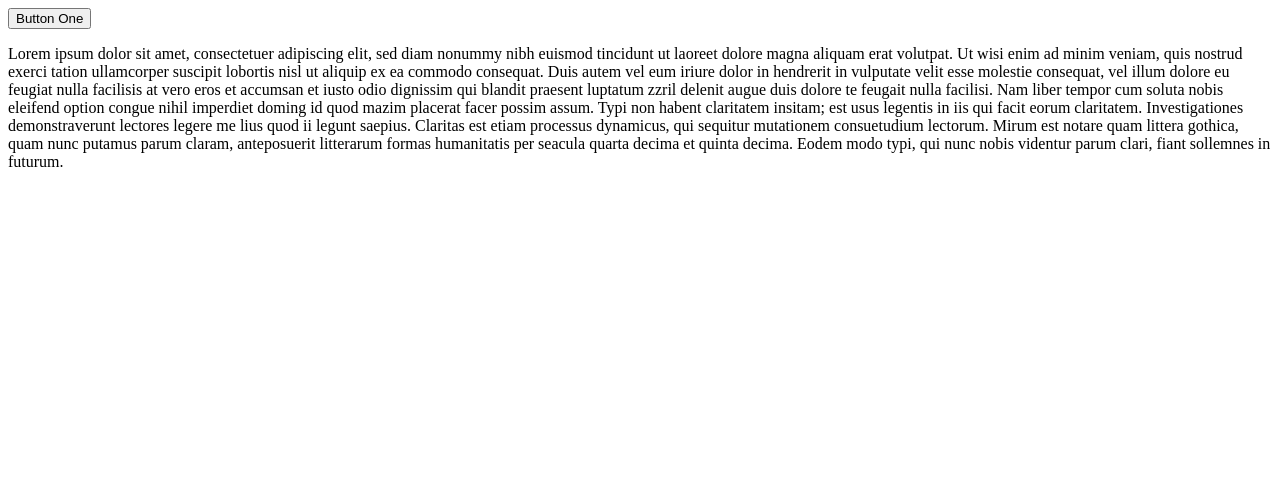
Repository: isiko1/the_importance_of_this
Page: index.html
The author's editor kept a record of every edit. The page is drawn from the files as they stood at one moment, then again after the next edit.
The browser window is 1280 px wide. The pictures show the whole page.

Above is the page before.

### index.html
<!DOCTYPE html>
<html lang="en">
<head>
    <meta charset="UTF-8">
    <meta name="viewport" content="width=device-width, initial-scale=1.0">
    <meta http-equiv="X-UA-Compatible" content="ie=edge">
    <link rel="stylesheet" href="css/style.css" type="text/css" />
    <script type="text/javascript" src="js/jquery-3.4.1.js"></script>
    <title>Document</title>
</head>
<body>
    <div id ="container">
        <div class="card">
           <button>Button One</button>
        </div>
        <div class="card">
            <p>Lorem ipsum dolor sit amet, consectetuer adipiscing elit,
            sed diam nonummy nibh euismod tincidunt ut laoreet dolore
            magna aliquam erat volutpat. Ut wisi enim ad minim veniam,
            quis nostrud exerci tation ullamcorper suscipit lobortis nisl
            ut aliquip ex ea commodo consequat. Duis autem vel eum iriure
            dolor in hendrerit in vulputate velit esse molestie consequat,
            vel illum dolore eu feugiat nulla facilisis at vero eros et
            accumsan et iusto odio dignissim qui blandit praesent luptatum
            zzril delenit augue duis dolore te feugait nulla facilisi.
            Nam liber tempor cum soluta nobis eleifend option congue
            nihil imperdiet doming id quod mazim placerat facer possim
            assum. Typi non habent claritatem insitam; est usus legentis
            in iis qui facit eorum claritatem. Investigationes
            demonstraverunt lectores legere me lius quod ii legunt saepius.
            Claritas est etiam processus dynamicus, qui sequitur mutationem
            consuetudium lectorum. Mirum est notare quam littera gothica,
            quam nunc putamus parum claram, anteposuerit litterarum formas
            humanitatis per seacula quarta decima et quinta decima. Eodem
            modo typi, qui nunc nobis videntur parum clari, fiant sollemnes
            in futurum.</p>
        </div>
    </div>
    <script type="text/javascript" src="js/script.js"></script>
</body>
</html>

### css/style.css
.container {
    display: flex; /* makes container a flexbox */
    flex-flow: row wrap; /* layout the rows and wrap them */
    box-sizing: border-box;
    margin-right: auto;
    margin-left: auto;
    max-width: 1050px;
}
.box {
    flex: 1; /* make contents controllable by flexbox */
    display:flex;
    flex-flow: column;
    max-width: 240px;
    margin: 10px;
    padding: 20px;
    background-color: #000;
}

### js/script.js
$(document).ready(function(){
    $(".box").on("click", function(){
        /**
         * when we click on an element that has
         *a 'box' class, this event will be fired.
         */
        var classNames = $(this).attr("class").split(" ");
        var boxClass = classNames[0];
        var className = classNames[1];
        if($(this).css("background-color") == "rgb(255,0,0)") {
            //if this object is already red turn it black$
           $("." + className).css("background-color", "#000");
        } else {
            // Else turn all elements with a 'box' class black
            // and then change the colour of all elements
            // with the same class name as the clicked element
            // to red.
            $(". " + boxClass).css("background-color", "#000");
            $(". " + className).css("background-color", "red");
        }

    });
});

Loaded but not shown: js/jquery-3.4.1.js (library)

After the next edit:
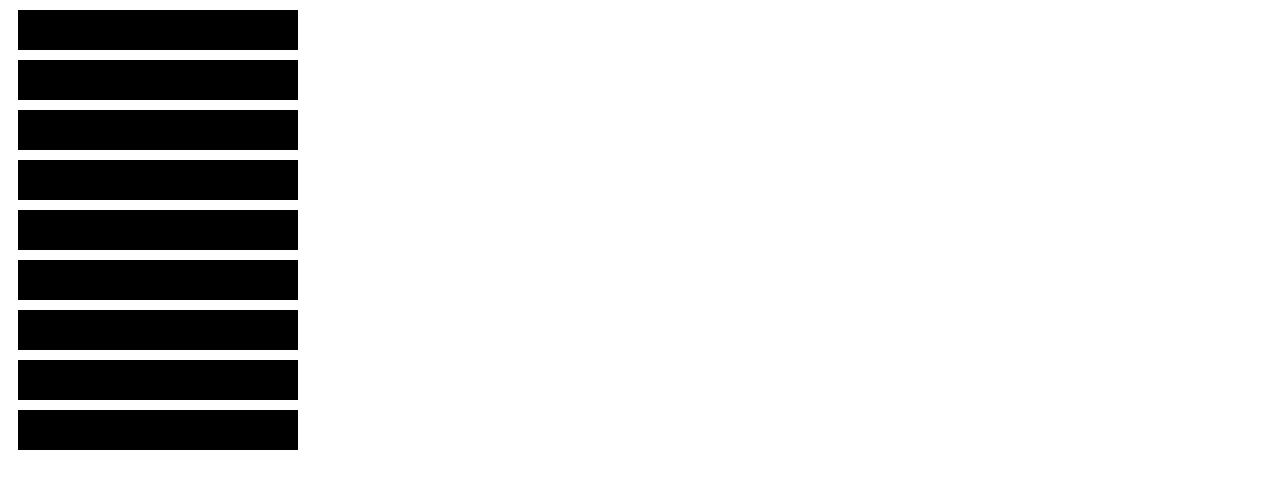
The edit:
--- a/index.html
+++ b/index.html
@@ -10,31 +10,18 @@
 </head>
 <body>
     <div id ="container">
-        <div class="card">
-           <button>Button One</button>
+        <div class="box one">
         </div>
-        <div class="card">
-            <p>Lorem ipsum dolor sit amet, consectetuer adipiscing elit,
-            sed diam nonummy nibh euismod tincidunt ut laoreet dolore
-            magna aliquam erat volutpat. Ut wisi enim ad minim veniam,
-            quis nostrud exerci tation ullamcorper suscipit lobortis nisl
-            ut aliquip ex ea commodo consequat. Duis autem vel eum iriure
-            dolor in hendrerit in vulputate velit esse molestie consequat,
-            vel illum dolore eu feugiat nulla facilisis at vero eros et
-            accumsan et iusto odio dignissim qui blandit praesent luptatum
-            zzril delenit augue duis dolore te feugait nulla facilisi.
-            Nam liber tempor cum soluta nobis eleifend option congue
-            nihil imperdiet doming id quod mazim placerat facer possim
-            assum. Typi non habent claritatem insitam; est usus legentis
-            in iis qui facit eorum claritatem. Investigationes
-            demonstraverunt lectores legere me lius quod ii legunt saepius.
-            Claritas est etiam processus dynamicus, qui sequitur mutationem
-            consuetudium lectorum. Mirum est notare quam littera gothica,
-            quam nunc putamus parum claram, anteposuerit litterarum formas
-            humanitatis per seacula quarta decima et quinta decima. Eodem
-            modo typi, qui nunc nobis videntur parum clari, fiant sollemnes
-            in futurum.</p>
+        <div class="box three">
         </div>
+        <div class="box one">
+        </div>
+        <div class="box two"></div>
+        <div class="box one"></div>
+        <div class="box two"></div>
+        <div class="box three"></div>
+        <div class="box three"></div>
+        <div class="box two"></div>
     </div>
     <script type="text/javascript" src="js/script.js"></script>
 </body>
